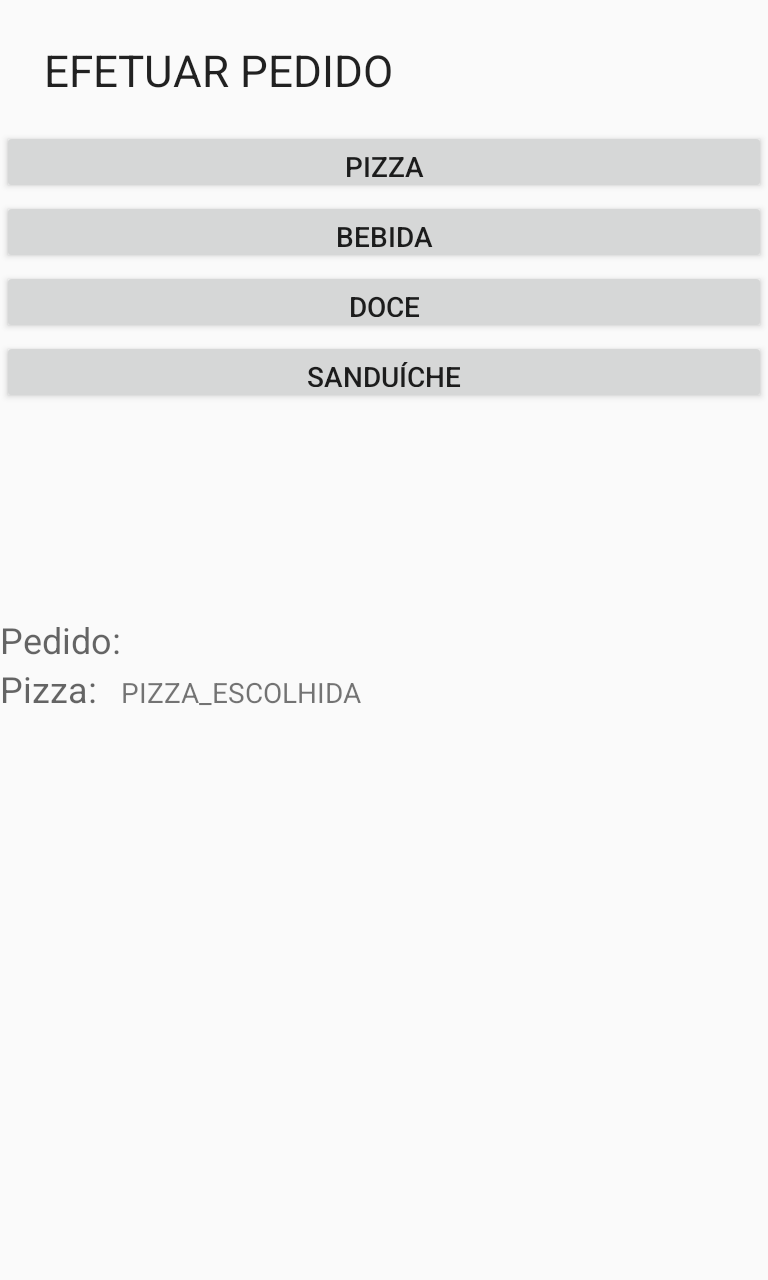
Repository: LucasSampaio/SysPizza-PSI
Layout: CodigoFonte/MOBILE/SysPizza/res/layout/activity_efetuar_pedidos.xml
An editor plug-in stored every save of this project. The layout is shown before and after the next save, followed by the edit.
It is drawn on a 768 x 1280 px phone screen (xhdpi) without system bars, with theme AppTheme; the app's code is not run.

Above is the layout before, as saved 2014-09-25 13:29:17.

After the next save:
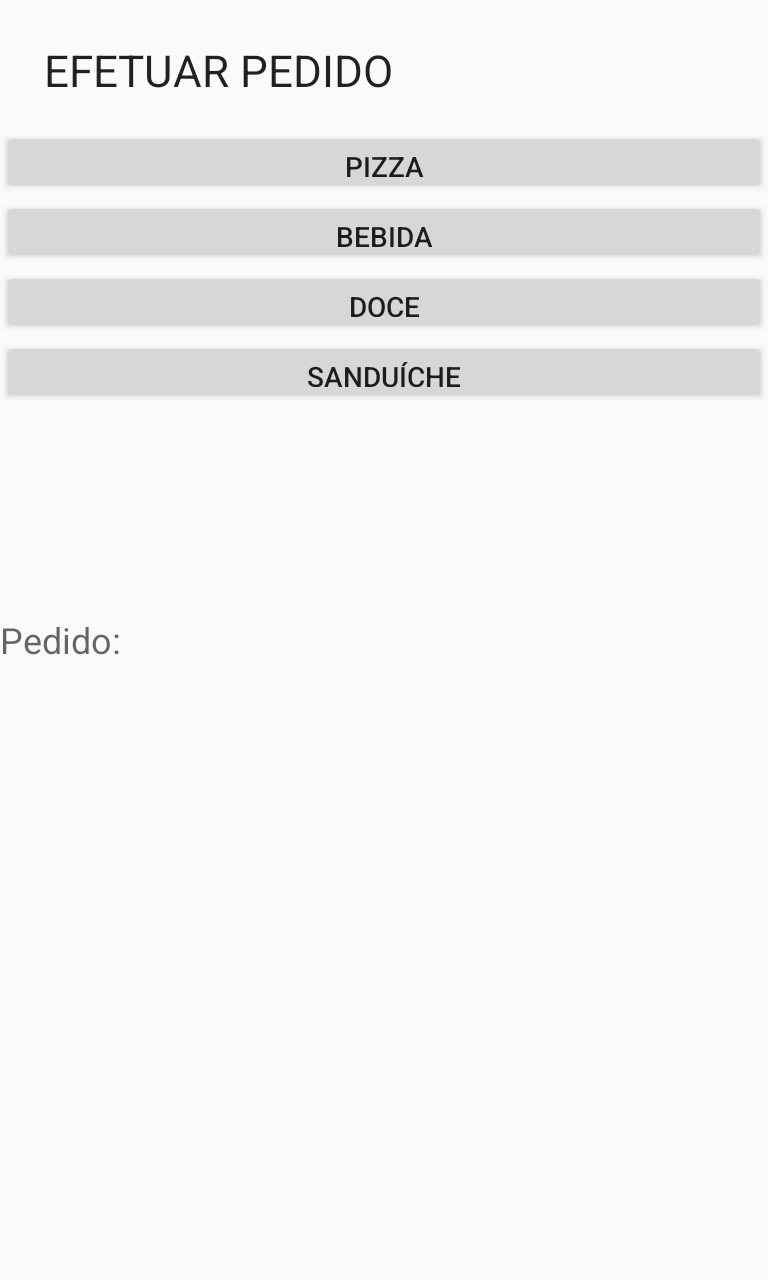
Saved 41 s later.
--- a/CodigoFonte/MOBILE/SysPizza/res/layout/activity_efetuar_pedidos.xml
+++ b/CodigoFonte/MOBILE/SysPizza/res/layout/activity_efetuar_pedidos.xml
@@ -56,22 +56,4 @@
         android:text="Pedido:"
         android:textAppearance="?android:attr/textAppearanceMedium" />
 
-    <TextView
-        android:id="@+id/textView3"
-        android:layout_width="wrap_content"
-        android:layout_height="wrap_content"
-        android:layout_alignParentLeft="true"
-        android:layout_below="@+id/textView2"
-        android:text="Pizza:"
-        android:textAppearance="?android:attr/textAppearanceMedium" />
-
-    <TextView
-        android:id="@+id/textView4"
-        android:layout_width="wrap_content"
-        android:layout_height="wrap_content"
-        android:layout_alignBaseline="@+id/textView3"
-        android:layout_alignBottom="@+id/textView3"
-        android:layout_toRightOf="@+id/textView2"
-        android:text="PIZZA_ESCOLHIDA" />
-
 </RelativeLayout>
